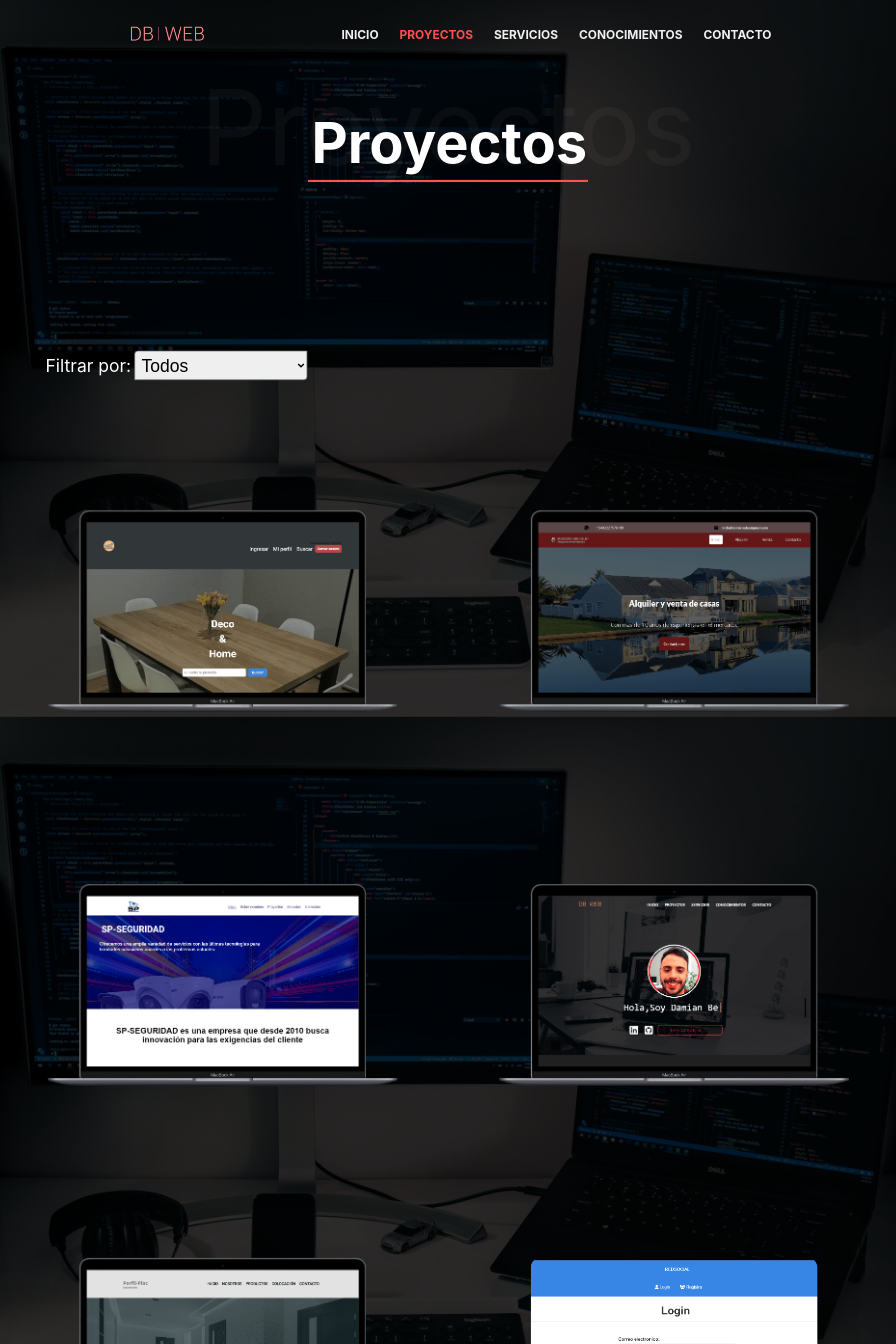
Repository: DamianBermudez94/DB-Porfolio
Page: /proyecto
The author's editor kept a copy of each file at every save. The page is drawn from the files as they stood at one save, then again after the next save.
The browser window is 1280 px wide. The pictures show the part of the page from y = 0 to 1920 px (the page is 2998 px tall), at 70% of full size.
Backgrounds fixed to the window are drawn as part of the page. Some web libraries are served in a nearby version. The project was rebuilt for these pictures with package versions that can differ from the ones it lists, and the page was loaded fresh each time. Also part of the build but not shown: vite.config.js, src/components/TextoCustom/styles.css, src/components/TextoCustom/CustomText.jsx, src/components/Home/styles.css, src/components/Home/Home.jsx, src/pages/Inicio.jsx, src/components/Servicios/styles.css, src/components/Servicios/Service.jsx and 8 more.

Above is the page before, as saved 2024-04-01 12:20:56.

After the next save:
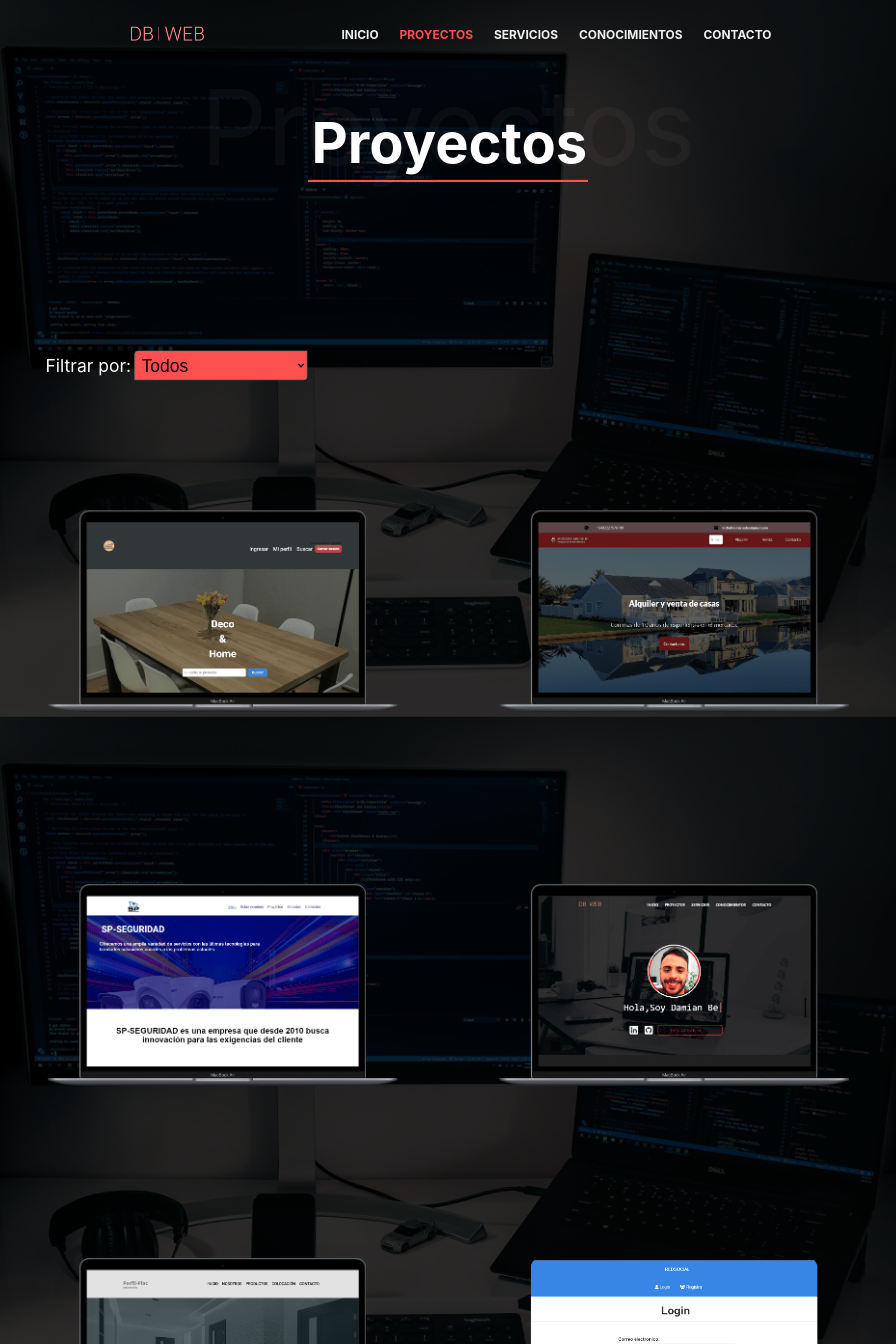
Saved 13 s later.
--- a/src/components/Proyectos/styles.css
+++ b/src/components/Proyectos/styles.css
@@ -49,6 +49,7 @@
   font-size: 25px;
   padding: 5px;
   border-radius: 5px 0px 5px 0px;
+  background-color: rgb(255, 80, 80);
 }
 .card-proyectos {
   width: 100%;
